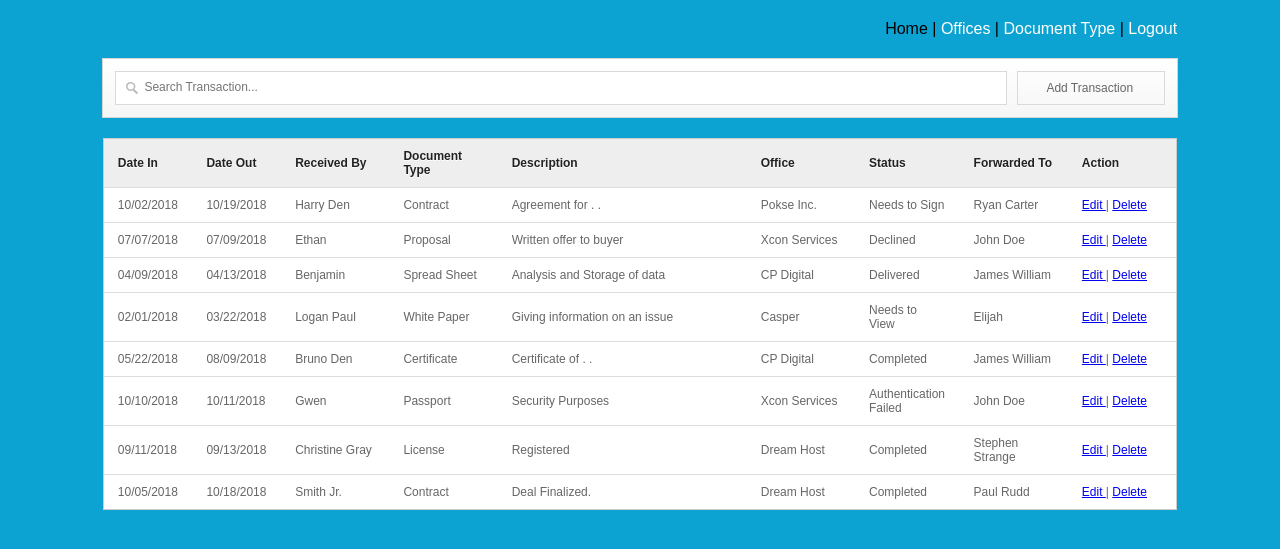
Repository: MrSyntax31/recordmanagement
Page: http://localhost/main/index.php
An editor plug-in stored every save of this project. The page is shown before and after the next save, followed by the edit.
The browser window is 1280 px wide. The pictures show the whole page.
The page is run by PHP 8.4 with error messages shown; the project is at /var/www/html/. The database holds what the project's SQL file puts in it.

Above is the page before, as saved 2018-10-19 23:14:45.

After the next save:
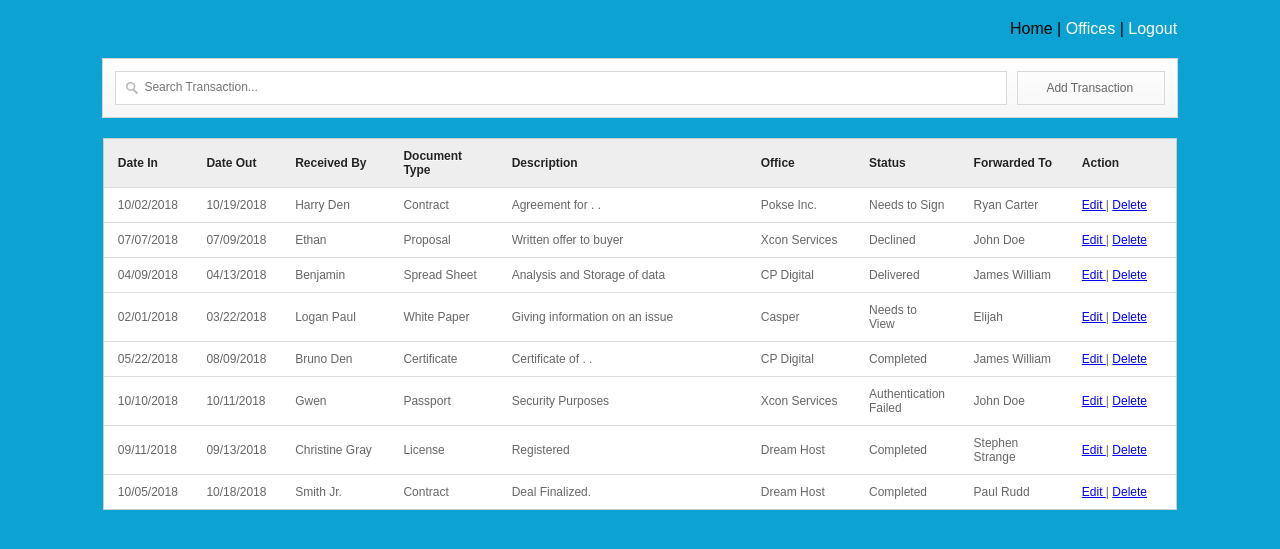
Saved 1230 days later.
--- a/main/index.php
+++ b/main/index.php
@@ -81,7 +81,7 @@ a#add {
     })
   </script>
 <div id="log">
-Home | <a href="offices.php">Offices</a> | <a href="doctype.php">Document Type</a> | <a href="../index.php">Logout</a>
+Home | <a href="offices.php">Offices</a> | <a href="../index.php">Logout</a>
 </div>
 <div id="formdesign">
 <input type="text" name="filter" value="" id="filter" placeholder="Search Transaction..." autocomplete="off" />
